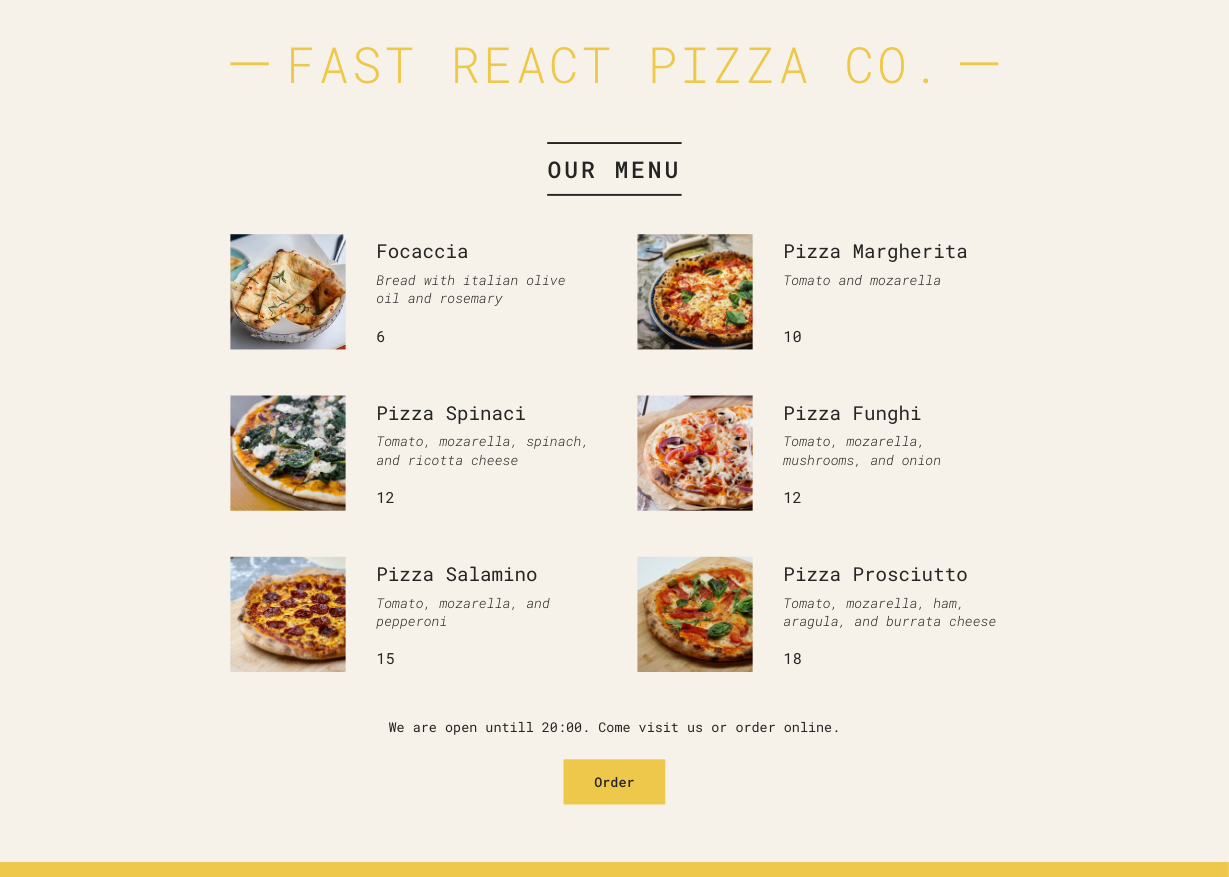
Repository: Aaryan-Poria/pizza-menu
Page: /
These files come from the project's save history. The page is drawn as it stood at one moment and after the next save; the edit follows.
The browser window is 1280 px wide. The pictures show the whole page, at 96% of full size.
The project was rebuilt for these pictures with package versions that can differ from the ones it lists, and the page was loaded fresh each time.

Above is the page before, as saved 2023-10-21 20:14:16.

### src/index.js
import React from "react";
import ReactDOM from "react-dom/client";
import "./index.css";

const pizzaData = [
  {
    name: "Focaccia",
    ingredients: "Bread with italian olive oil and rosemary",
    price: 6,
    photoName: "pizzas/focaccia.jpg",
    soldOut: false,
  },
  {
    name: "Pizza Margherita",
    ingredients: "Tomato and mozarella",
    price: 10,
    photoName: "pizzas/margherita.jpg",
    soldOut: false,
  },
  {
    name: "Pizza Spinaci",
    ingredients: "Tomato, mozarella, spinach, and ricotta cheese",
    price: 12,
    photoName: "pizzas/spinaci.jpg",
    soldOut: false,
  },
  {
    name: "Pizza Funghi",
    ingredients: "Tomato, mozarella, mushrooms, and onion",
    price: 12,
    photoName: "pizzas/funghi.jpg",
    soldOut: false,
  },
  {
    name: "Pizza Salamino",
    ingredients: "Tomato, mozarella, and pepperoni",
    price: 15,
    photoName: "pizzas/salamino.jpg",
    soldOut: true,
  },
  {
    name: "Pizza Prosciutto",
    ingredients: "Tomato, mozarella, ham, aragula, and burrata cheese",
    price: 18,
    photoName: "pizzas/prosciutto.jpg",
    soldOut: false,
  },
];

function App() {
  return (
    <div className="container">
      <Header />
      <Menu />
      <Footer />
    </div>
  );
}

function Header() {
  const style = {}; // A JS Object
  return (
    <header className="header">
      <h1 style={style}>Fast React Pizza Co.</h1>
    </header>
  ); // CSS in JSX is an object. We have another {} to basically enter JS Mode
}
function Menu() {
  const pizzas = pizzaData;
  const numPizzas = pizzas.length;
  return (
    <main className="menu">
      <h2> Our Menu</h2>
      {numPizzas ? (
        <ul className="pizzas">
          {pizzas.map((pizza) => (
            <Pizza pizzaObj={pizza} key={pizza.name} /> // Passing in the Props
          ))}
        </ul>
      ) : (
        <p>We're still Working on our Menu. PLease comeback later</p>
      )}
      {/*
      yellow {} ABOVE = to enter JS mode
      Each pizzaObj is a pizza from our pizzaDATA array
      This object is passed into the pizza function for rendering

      <Pizza
          name="Pizza Spinaci"
          ingredients="Tomato, Mozarella, Spinach and
        Ricotto Cheese"
          photoName="pizzas/spinaci.jpg"
          price={10}
        />
        <Pizza
          name="Pizza Funghi"
          ingredients="Tomato, Mushrooms"
          price={12}
          photoName="pizzas/funghi.jpg"
  /> */}
    </main>
  );
}

function Pizza(props) {
  // Receiving props (Properties in function)
  return (
    <li className="pizza">
      <img src={props.pizzaObj.photoName} alt={props.pizzaObj.name}></img>
      <div>
        <h3>{props.pizzaObj.name}</h3>
        <p>{props.pizzaObj.ingredients}</p>
        <span>{props.pizzaObj.price}</span>
      </div>
    </li>
  );
}

function Footer() {
  const hour = new Date().getHours();
  const openingHour = 8;
  const closingHour = 20;
  console.log(hour);
  const isOpen = hour >= openingHour && hour <= closingHour;

  return (
    <footer className="footer">
      {isOpen ? (
        <div className="order">
          <p>
            We are open untill {closingHour}:00. Come visit us or order online.
          </p>
          <button className="btn">Order</button>
        </div>
      ) : (
        <p>
          We are happy to welcome you between {openingHour}:00 and {closingHour}
          :00
        </p>
      )}
    </footer>
  );
}

// React Version 18 and further
const root = ReactDOM.createRoot(document.getElementById("root"));
root.render(
  <React.StrictMode>
    <App />
  </React.StrictMode>
);

Loaded but not shown: public/index.html (common file); src/index.css (common file)

After the next save:
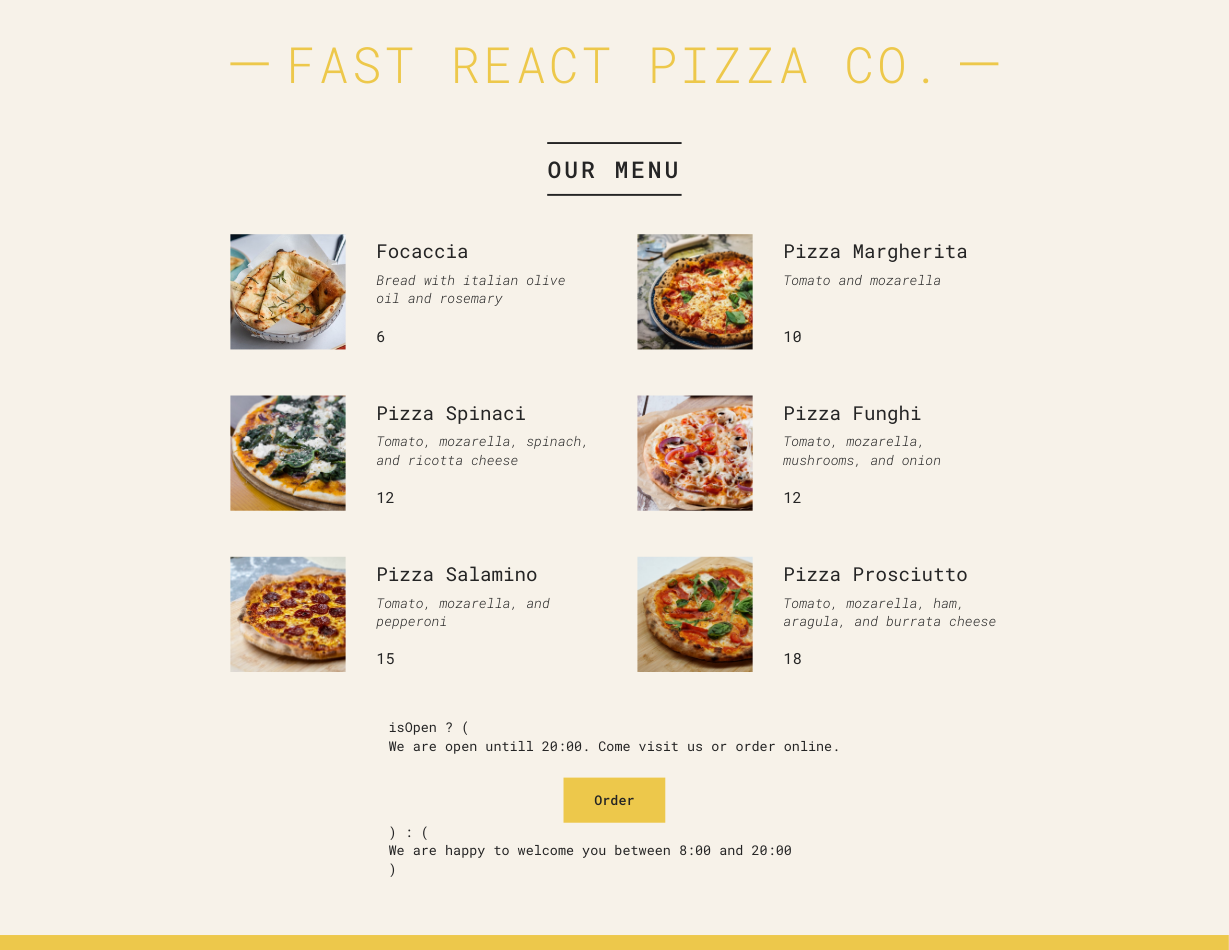
Saved 60 min 22 s later.
--- a/src/index.js
+++ b/src/index.js
@@ -125,19 +125,19 @@
 
   return (
     <footer className="footer">
-      {isOpen ? (
-        <div className="order">
-          <p>
-            We are open untill {closingHour}:00. Come visit us or order online.
-          </p>
-          <button className="btn">Order</button>
-        </div>
+      isOpen ? (
+      <div className="order">
+        <p>
+          We are open untill {closingHour}:00. Come visit us or order online.
+        </p>
+        <button className="btn">Order</button>
+      </div>
       ) : (
-        <p>
-          We are happy to welcome you between {openingHour}:00 and {closingHour}
-          :00
-        </p>
-      )}
+      <p>
+        We are happy to welcome you between {openingHour}:00 and {closingHour}
+        :00
+      </p>
+      )
     </footer>
   );
 }

After the save that followed:
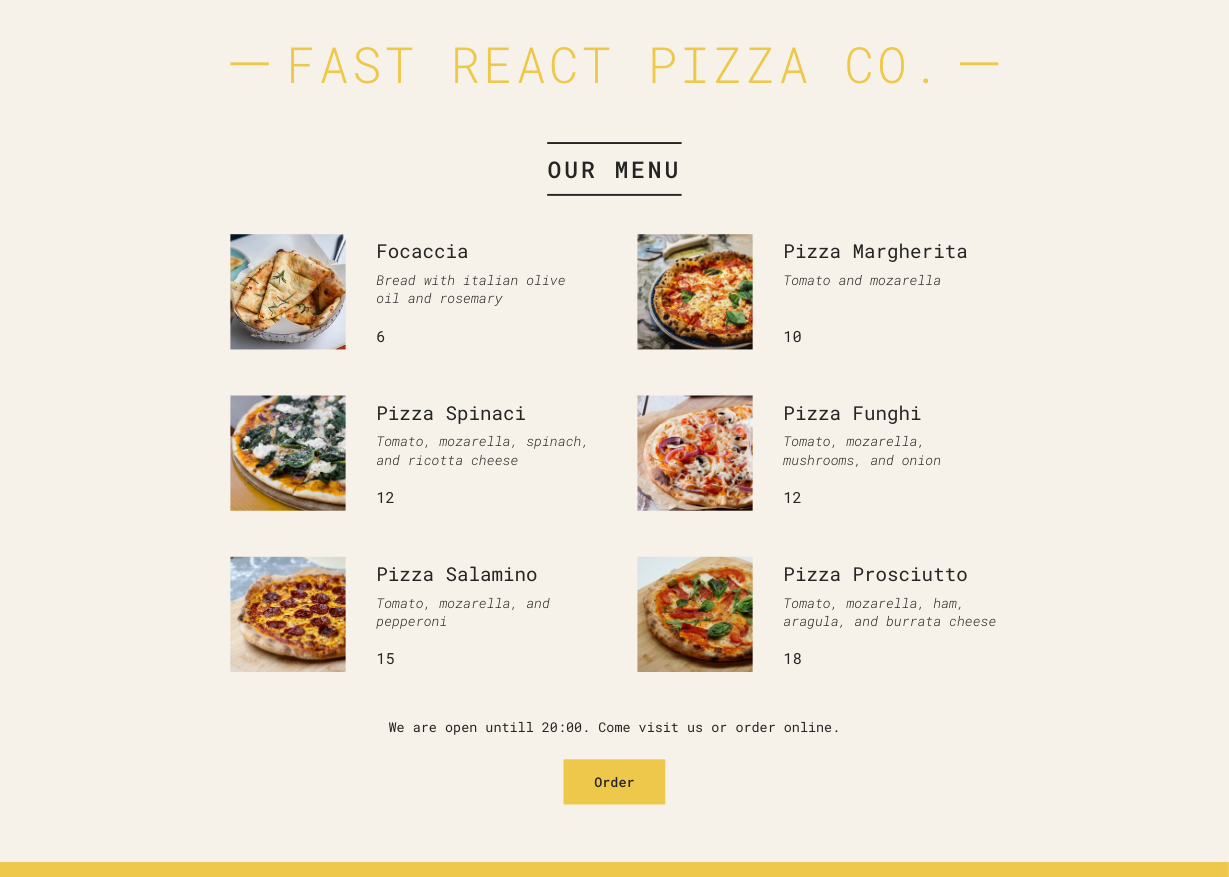
Saved 11 s later.
--- a/src/index.js
+++ b/src/index.js
@@ -125,19 +125,19 @@
 
   return (
     <footer className="footer">
-      isOpen ? (
-      <div className="order">
+      {isOpen ? (
+        <div className="order">
+          <p>
+            We are open untill {closingHour}:00. Come visit us or order online.
+          </p>
+          <button className="btn">Order</button>
+        </div>
+      ) : (
         <p>
-          We are open untill {closingHour}:00. Come visit us or order online.
+          We are happy to welcome you between {openingHour}:00 and {closingHour}
+          :00
         </p>
-        <button className="btn">Order</button>
-      </div>
-      ) : (
-      <p>
-        We are happy to welcome you between {openingHour}:00 and {closingHour}
-        :00
-      </p>
-      )
+      )}
     </footer>
   );
 }
